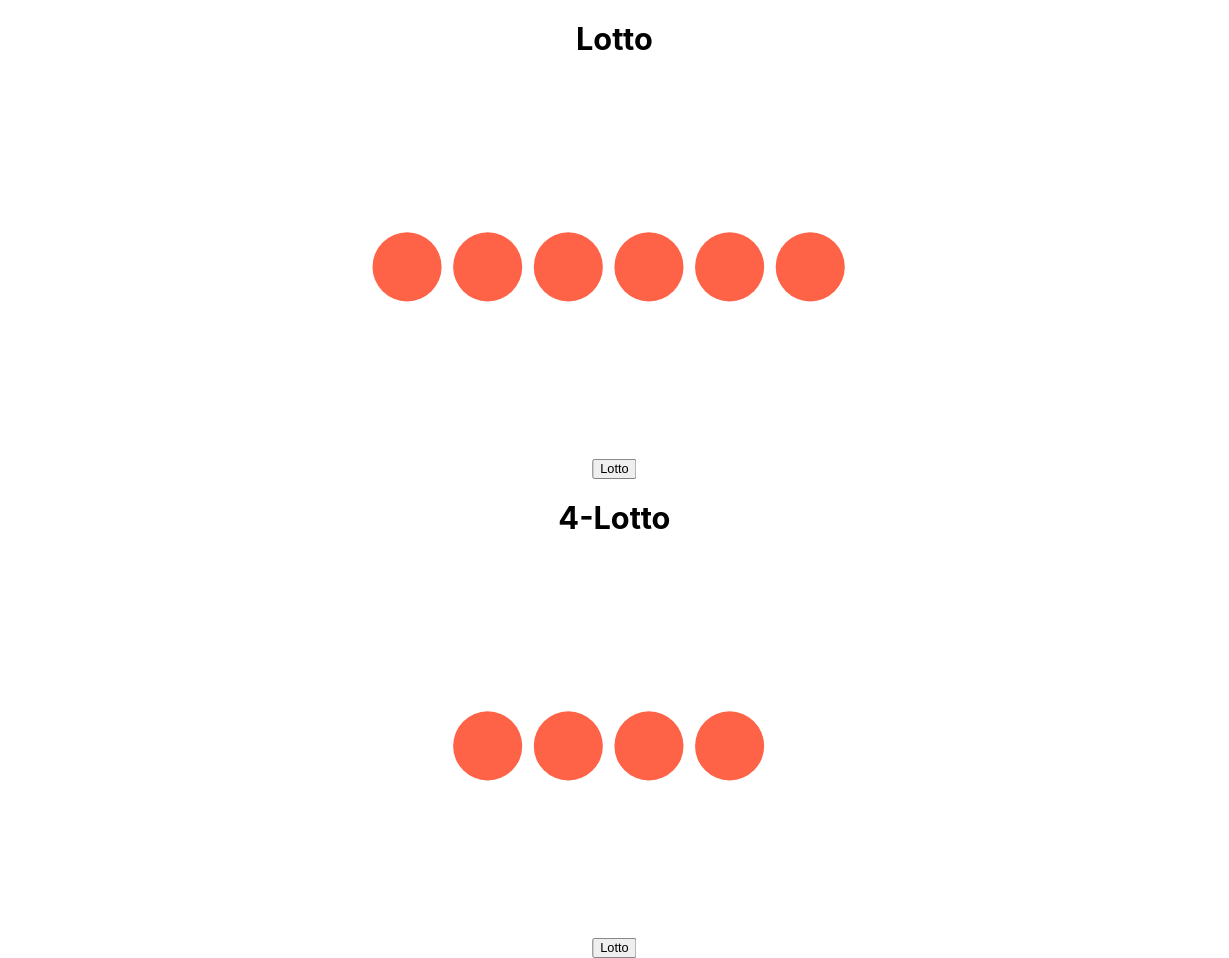
Repository: dung8466/learn-react
Page: / (app in lottery/)
These files come from the project's save history. The page is drawn as it stood at one moment and after the next save; the edit follows.
The browser window is 1280 px wide. The pictures show the whole page, at 96% of full size.
The project was rebuilt for these pictures with package versions that can differ from the ones it lists, and the page was loaded fresh each time.

Above is the page before, as saved 2022-09-18 21:02:55.

After the next save:
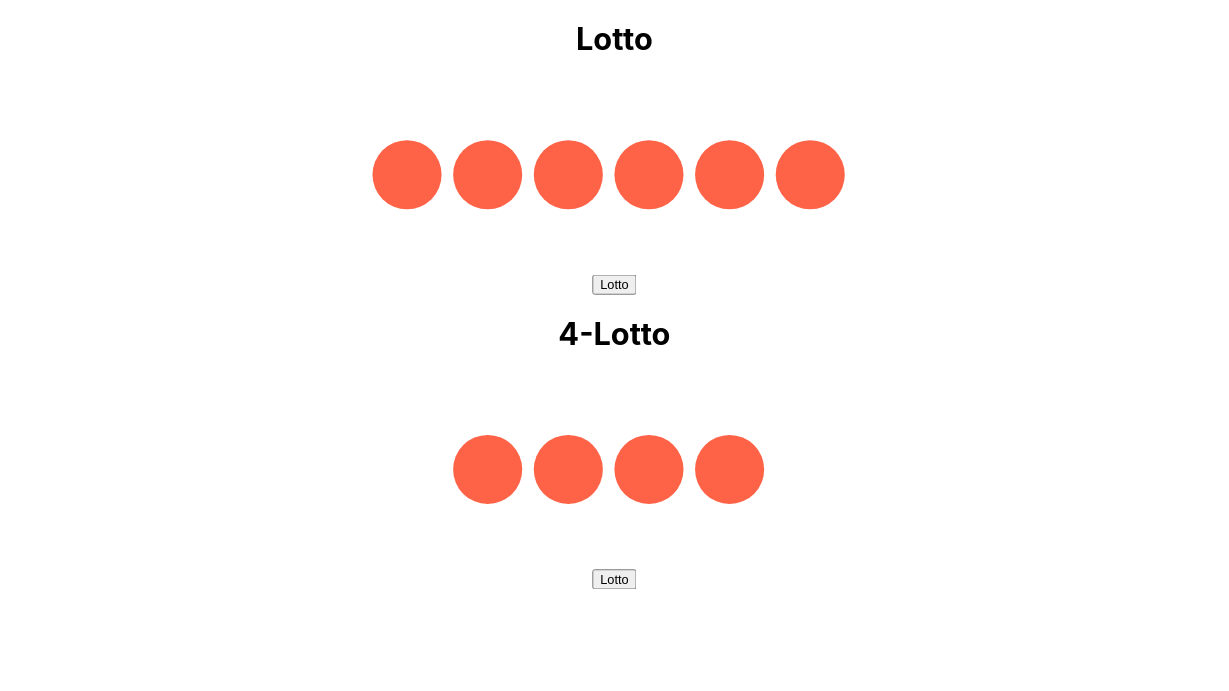
Saved 4 s later.
--- a/lottery/src/Lotto.css
+++ b/lottery/src/Lotto.css
@@ -4,5 +4,5 @@
     justify-content: space-between;
     align-items: center;
     flex-wrap: wrap;
-    gap: 10em;
+    gap: 4em;
 }
